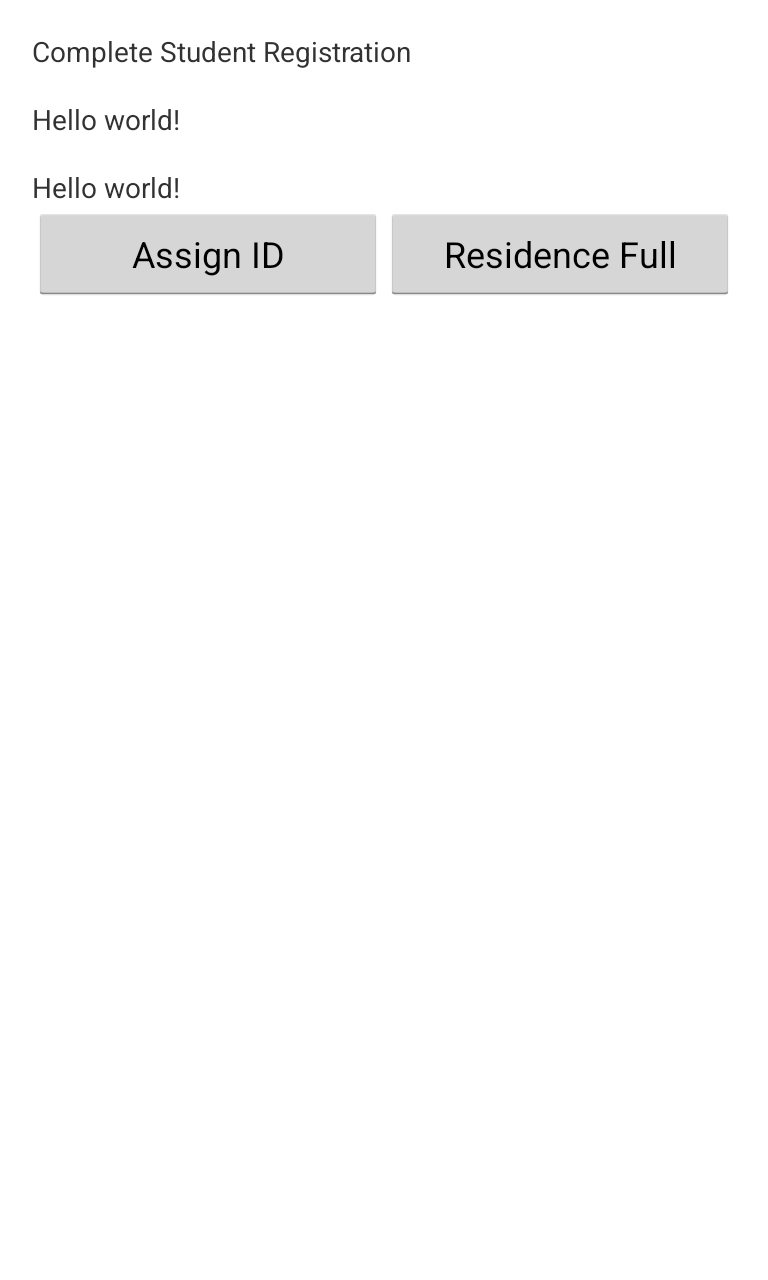
Repository: ericMedeiros93/Android-Dev
Layout: StudentInfo/res/layout/activity_register_avtivity.xml
The author's editor kept a copy of each file at every save. The layout is drawn from the files as they stood at one save, then again after the next save.
It is drawn on a 768 x 1280 px phone screen (xhdpi) without system bars, with theme AppTheme; the app's code is not run.

Above is the layout before, as saved 2014-10-08 16:43:59.

After the next save:
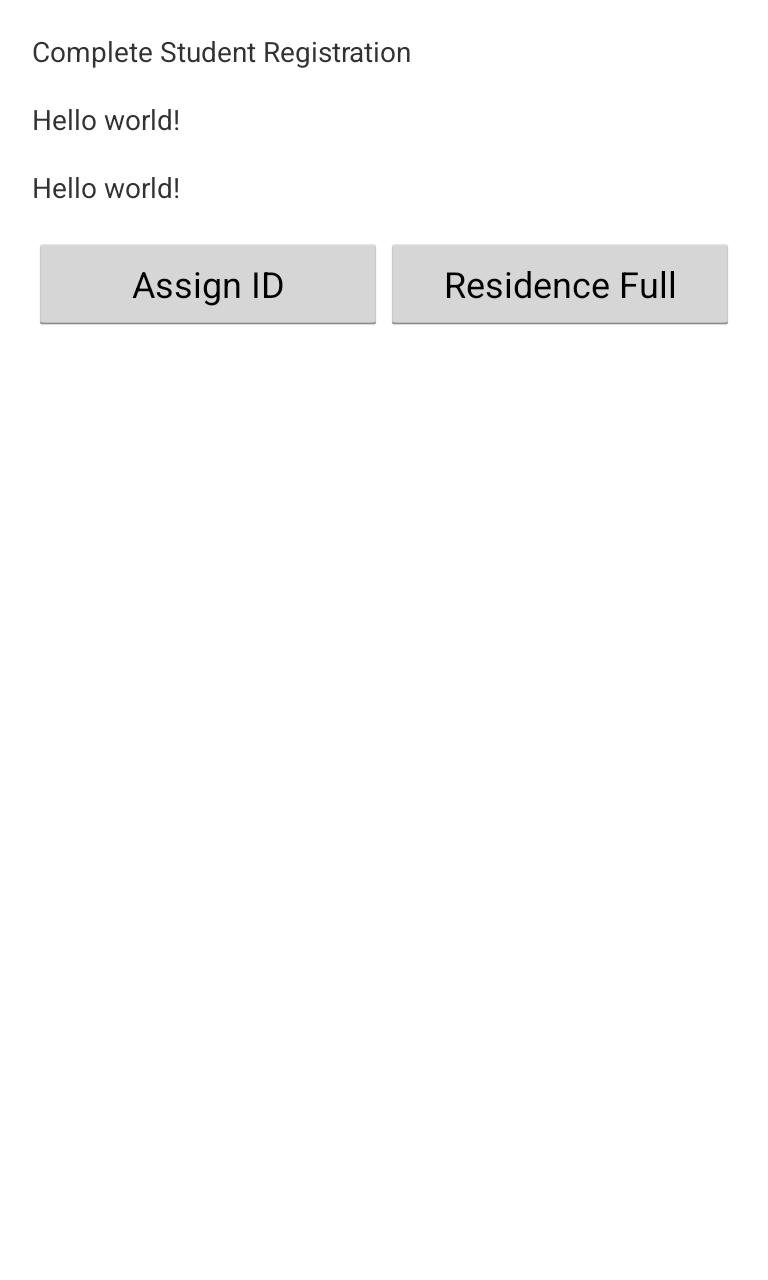
Saved 16 s later.
--- a/StudentInfo/res/layout/activity_register_avtivity.xml
+++ b/StudentInfo/res/layout/activity_register_avtivity.xml
@@ -29,19 +29,21 @@
         android:text="@string/hello_world" />
 
     <LinearLayout
-        android:layout_height="wrap_content"
-        android:layout_width="match_parent" >
+        android:layout_width="match_parent"
+        android:layout_height="wrap_content" >
 
         <Button
             android:layout_width="0dp"
+            android:layout_height="wrap_content"
+            android:layout_marginTop="15dp"
             android:layout_weight="1"
-            android:layout_height="wrap_content"
             android:text="Assign ID" />
 
         <Button
             android:layout_width="0dp"
+            android:layout_height="wrap_content"
+            android:layout_marginTop="15dp"
             android:layout_weight="1"
-            android:layout_height="wrap_content"
             android:text="Residence Full" />
     </LinearLayout>
 
